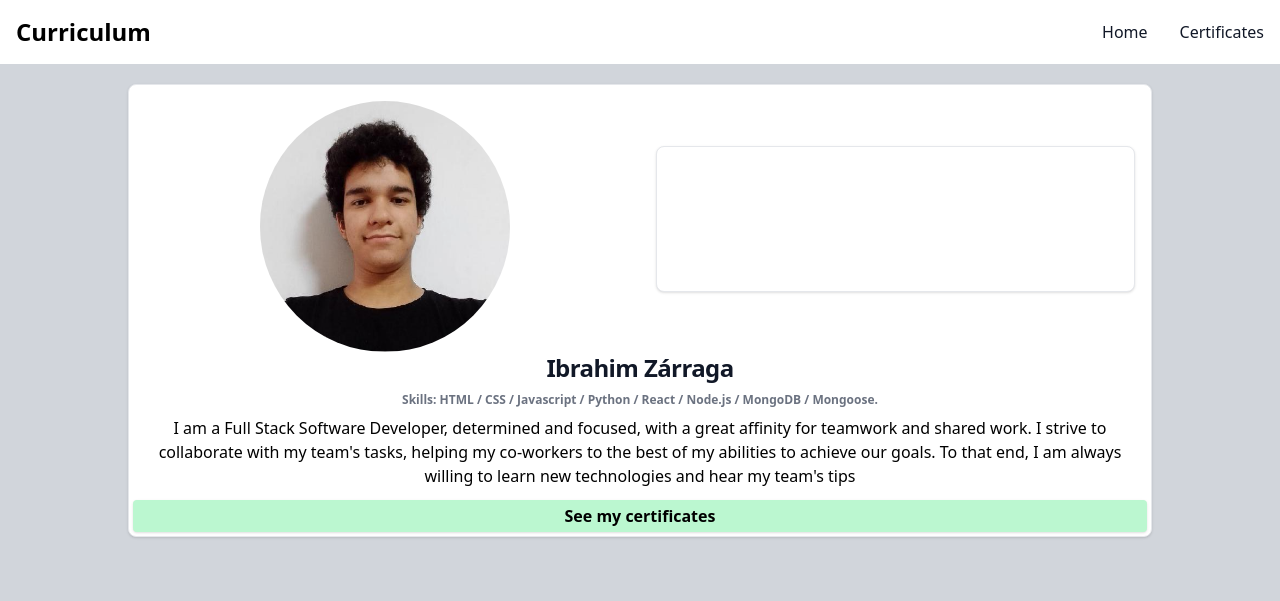
Repository: JetPi/Presentatio-Project
Page: /
The author's editor kept a copy of each file at every save. The page is drawn from the files as they stood at one save, then again after the next save.
The browser window is 1280 px wide. The pictures show the whole page.
The project was rebuilt for these pictures with package versions that can differ from the ones it lists, and the page was loaded fresh each time. The framework's server and built-in components were replaced by stand-ins that run in the browser. Also part of the build but not shown: next.config.js.

Above is the page before, as saved 2023-04-04 15:08:50.

### src/pages/_app.tsx
import "@/styles/globals.css";
import type { AppProps } from "next/app";
import { NavBar } from "@/components/NavBar";

const navList = [
  { text: "Home", href: "/" },
  { text: "Certificates", href: "/about/certificates" },
];

export default function App({ Component, pageProps }: AppProps) {
  return (
    <div className="min-h-screen pb-2 bg-gray-300 h-cover">
      <NavBar navList={navList} />
      <Component {...pageProps} />
    </div>
  );
}

### src/pages/index.tsx
import Head from "next/head";
import Image from "next/image";
import { Inter } from "next/font/google";
import styles from "@/styles/Home.module.css";
import { Card } from "@/components/Card";
import { CardTitle } from "@/components/Card";
import { Url } from "url";
import { LinkButton } from "@/components/Button";
import Link from "next/link";
import { useRouter } from "next/router";

const inter = Inter({ subsets: ["latin"] });

let mySkills = [
  "HTML",
  "CSS",
  "Javascript",
  "Python",
  "React",
  "Node.js",
  "MongoDB",
  "Mongoose",
];

let myDescriptionES =
  "Soy un Desarrollador Full Stack con dominio del inglés y el español, dedicado y comprometido a su trabajo y siempre dispuesto cooperar. Apunto a colaborar con mis compañeros con tal de lograr los objetivos del grupo de la forma más eficaz. Siempre estoy dispuesto a aprender nuevas tecnologías para alcanzar un mejor producto.";
let myDescriptionEN =
  "I am a Full Stack Software Developer, determined and focused, with a great affinity for teamwork and shared work. I strive to collaborate with my team's tasks, helping my co-workers to the best of my abilities to achieve our goals. To that end, I am always willing to learn new technologies and hear my team's tips";
for (let i = 0; i < mySkills.length; i++) {
  const element = mySkills[i];
  if (i === mySkills.length - 1) {
    mySkills[i] = element + ".";
  } else {
    mySkills[i] = element + " / ";
  }
}

export default function Home() {
  const { locale, locales, asPath } = useRouter();

  {
    console.log(asPath);
  }
  return (
    <>
      <Link href={asPath} locale={"es-ES"}></Link>
      <div className="flex justify-center pt-5 ">
        <Card styling="flex flex-col w-4/5">
          <div className="grid grid-cols-2">
            <Image
              className="flex mx-auto mt-4 rounded-full "
              src={"/Foto de Presentación.png"}
              width={250}
              height={250}
              alt={"Profile Photo"}
            />
            <div className="my-auto">
              <Card styling="bg-green-600 mx-cover h-fit text-white p-6 m-4 flex flex-col">
                <div className="flex flex-row flex-wrap">
                  <b>Email:</b>{" "}
                  <span className="ml-auto">
                    ialejandromonasterios@gmail.com
                  </span>
                </div>
                <div className="flex flex-row">
                  <b>{locale === "es-ES" ? "Teléfono" : "Phone"}</b>{" "}
                  <span className="ml-auto">0424-1434083</span>
                </div>
                <div className="flex flex-row">
                  <b>LinkedIn:</b>{" "}
                  <Link
                    href="https://www.linkedin.com/in/ibrahim-z%C3%A1rraga-56ba29240/?locale=es_ES"
                    className="ml-auto"
                  >
                    <svg
                      xmlns="http://www.w3.org/2000/svg"
                      className="w-5 h-5"
                      fill="currentColor"
                      viewBox="0 0 24 24"
                    >
                      <path d="M4.98 3.5c0 1.381-1.11 2.5-2.48 2.5s-2.48-1.119-2.48-2.5c0-1.38 1.11-2.5 2.48-2.5s2.48 1.12 2.48 2.5zm.02 4.5h-5v16h5v-16zm7.982 0h-4.968v16h4.969v-8.399c0-4.67 6.029-5.052 6.029 0v8.399h4.988v-10.131c0-7.88-8.922-7.593-11.018-3.714v-2.155z" />
                    </svg>
                  </Link>
                </div>
                <div className="flex flex-row">
                  <b>GitHub:</b>{" "}
                  <Link href="https://github.com/JetPi" className="ml-auto">
                    <svg
                      xmlns="http://www.w3.org/2000/svg"
                      className="w-5 h-5"
                      fill="currentColor"
                      viewBox="0 0 24 24"
                    >
                      <path d="M12 0c-6.626 0-12 5.373-12 12 0 5.302 3.438 9.8 8.207 11.387.599.111.793-.261.793-.577v-2.234c-3.338.726-4.033-1.416-4.033-1.416-.546-1.387-1.333-1.756-1.333-1.756-1.089-.745.083-.729.083-.729 1.205.084 1.839 1.237 1.839 1.237 1.07 1.834 2.807 1.304 3.492.997.107-.775.418-1.305.762-1.604-2.665-.305-5.467-1.334-5.467-5.931 0-1.311.469-2.381 1.236-3.221-.124-.303-.535-1.524.117-3.176 0 0 1.008-.322 3.301 1.23.957-.266 1.983-.399 3.003-.404 1.02.005 2.047.138 3.006.404 2.291-1.552 3.297-1.23 3.297-1.23.653 1.653.242 2.874.118 3.176.77.84 1.235 1.911 1.235 3.221 0 4.609-2.807 5.624-5.479 5.921.43.372.823 1.102.823 2.222v3.293c0 .319.192.694.801.576 4.765-1.589 8.199-6.086 8.199-11.386 0-6.627-5.373-12-12-12z" />
                    </svg>
                  </Link>
                </div>
              </Card>
            </div>
          </div>
          <CardTitle>Ibrahim Zárraga</CardTitle>
          <div className="mx-auto text-xs font-semibold text-gray-500">
            {locale === "es-ES" ? "Competencias" : "Skills"}: {mySkills}
          </div>
          <div className="m-2 text-base text-center">
            {locale === "es-ES" ? myDescriptionES : myDescriptionEN}
          </div>
          <LinkButton href="/about/certificates">
            {locale === "es-ES"
              ? "Ver mis certificados"
              : "See my certificates"}
          </LinkButton>
        </Card>
      </div>
    </>
  );
}

### src/styles/globals.css
@tailwind base;
@tailwind components;
@tailwind utilities;

:root {
  --max-width: 1100px;
  --border-radius: 12px;
  --font-mono: ui-monospace, Menlo, Monaco, "Cascadia Mono", "Segoe UI Mono",
    "Roboto Mono", "Oxygen Mono", "Ubuntu Monospace", "Source Code Pro",
    "Fira Mono", "Droid Sans Mono", "Courier New", monospace;

  --foreground-rgb: 0, 0, 0;
  --background-start-rgb: 214, 219, 220;
  --background-end-rgb: 255, 255, 255;

  --primary-glow: conic-gradient(
    from 180deg at 50% 50%,
    #16abff33 0deg,
    #0885ff33 55deg,
    #54d6ff33 120deg,
    #0071ff33 160deg,
    transparent 360deg
  );
  --secondary-glow: radial-gradient(
    rgba(255, 255, 255, 1),
    rgba(255, 255, 255, 0)
  );

  --tile-start-rgb: 239, 245, 249;
  --tile-end-rgb: 228, 232, 233;
  --tile-border: conic-gradient(
    #00000080,
    #00000040,
    #00000030,
    #00000020,
    #00000010,
    #00000010,
    #00000080
  );

  --callout-rgb: 238, 240, 241;
  --callout-border-rgb: 172, 175, 176;
  --card-rgb: 180, 185, 188;
  --card-border-rgb: 131, 134, 135;
}

@media (prefers-color-scheme: dark) {
  :root {
    --foreground-rgb: 255, 255, 255;
    --background-start-rgb: 0, 0, 0;
    --background-end-rgb: 0, 0, 0;

    --primary-glow: radial-gradient(rgba(1, 65, 255, 0.4), rgba(1, 65, 255, 0));
    --secondary-glow: linear-gradient(
      to bottom right,
      rgba(1, 65, 255, 0),
      rgba(1, 65, 255, 0),
      rgba(1, 65, 255, 0.3)
    );

    --tile-start-rgb: 2, 13, 46;
    --tile-end-rgb: 2, 5, 19;
    --tile-border: conic-gradient(
      #ffffff80,
      #ffffff40,
      #ffffff30,
      #ffffff20,
      #ffffff10,
      #ffffff10,
      #ffffff80
    );

    --callout-rgb: 20, 20, 20;
    --callout-border-rgb: 108, 108, 108;
    --card-rgb: 100, 100, 100;
    --card-border-rgb: 200, 200, 200;
  }
}

* {
  box-sizing: border-box;
  padding: 0;
  margin: 0;
}

html,
body {
  max-width: 100vw;
  overflow-x: hidden;
}

body {
  color: rgb(var(--foreground-rgb));
}

a {
  color: inherit;
  text-decoration: none;
}

@media (prefers-color-scheme: dark) {
  html {
    color-scheme: dark;
  }
}

### src/components/NavBar.tsx
import Image from "next/image";
import Link from "next/link";
import { useRouter } from "next/router";
import { ReactNode } from "react";
type NavData = {
  href: string;
  text: string;
};

interface Props {
  children?: ReactNode | string;
  href?: string;
  navList?: Array<NavData>;
}

function NavItem({ children, href }: Props) {
  return (
    <li>
      <Link
        href={{ pathname: href }}
        className="block py-2 pl-3 pr-4 text-gray-900 rounded hover:bg-gray-100 md:hover:bg-transparent md:border-0 md:hover:text-blue-700 md:p-0 dark:text-white md:dark:hover:text-blue-500 dark:hover:bg-gray-700 dark:hover:text-white md:dark:hover:bg-transparent"
      >
        {children}
      </Link>
    </li>
  );
}

export function NavBar({ navList }: Props) {
  return (
    <nav className="bg-white border-gray-200 dark:bg-gray-900">
      <div className="flex flex-wrap items-center justify-between max-w-screen-xl p-4 mx-auto">
        <span className="self-center text-2xl font-semibold whitespace-nowrap dark:text-white">
          Curriculum
        </span>

        <div className="block w-auto" id="navbar-default">
          <ul className="flex flex-col p-4 mt-4 font-medium border border-gray-100 rounded-lg md:p-0 bg-gray-50 md:flex-row md:space-x-8 md:mt-0 md:border-0 md:bg-white dark:bg-gray-800 md:dark:bg-gray-900 dark:border-gray-700">
            {navList?.map((item) => {
              return (
                <NavItem href={item.href} key={Math.random()}>
                  {item.text}
                </NavItem>
              );
            })}
          </ul>
        </div>
      </div>
    </nav>
  );
}

### src/components/Card.tsx
import { redirect } from "next/dist/server/api-utils";
import Link from "next/link";
import { useRouter } from "next/router";
import { Url } from "url";
import React, { MouseEventHandler, ReactNode, useState } from "react";
interface Props {
  children?: ReactNode;
  styling?: string;
  href?: string;
}

interface ButtonProps {
  children?: ReactNode;
  styling?: string;
  href: Url;
}

export function Card({ styling, children }: Props) {
  return (
    <div
      className={`${
        styling ? styling : "flex justify-stretch p-6"
      }  bg-white border border-gray-200 rounded-lg shadow dark:bg-gray-800 dark:border-gray-700 dark:hover:bg-gray-700`}
    >
      {children}
      <p className="font-normal text-gray-700 dark:text-gray-400"></p>
    </div>
  );
}

export function CardButton({ href, styling, children }: ButtonProps) {
  return (
    <Link
      className={`${
        styling ? styling : "w-32  "
      } p-2 text-center bg-white border border-gray-200 rounded-lg shadow hover:bg-gray-100 dark:bg-gray-800 dark:border-gray-700 dark:hover:bg-gray-700`}
      href={href.href}
    >
      {children}
    </Link>
  );
}

export function CardTitle({ children }: Props) {
  return (
    <h5 className="mb-2 text-2xl font-bold tracking-tight text-center text-gray-900 dark:text-white">
      {children}
    </h5>
  );
}

### src/components/Button.tsx
import { Url } from "url";
import Link from "next/link";
import React from "react";

interface ButtonProps {
  styling?: string;
  onClick?: React.MouseEventHandler;
  children?: React.ReactNode;
}

interface LinkProps {
  styling?: string;
  href: string;
  children?: React.ReactNode;
}

export function Button({ onClick, styling, children }: ButtonProps) {
  return (
    <button
      className={`${styling} px-2 py-1 m-1 font-semibold bg-green-200 rounded`}
      onClick={onClick}
    >
      {children}
    </button>
  );
}

export function LinkButton({ href, styling, children }: LinkProps) {
  return (
    <Link
      href={href}
      className={`${styling} flex justify-center px-2 py-1 m-1 font-semibold bg-green-200 rounded shadow hover:bg-green-300 dark:bg-gray-800 dark:border-gray-700 dark:hover:bg-gray-700`}
    >
      {children}
    </Link>
  );
}

Loaded but not shown: src/pages/_document.tsx (common file); tailwind.config.js (common file)

After the next save:
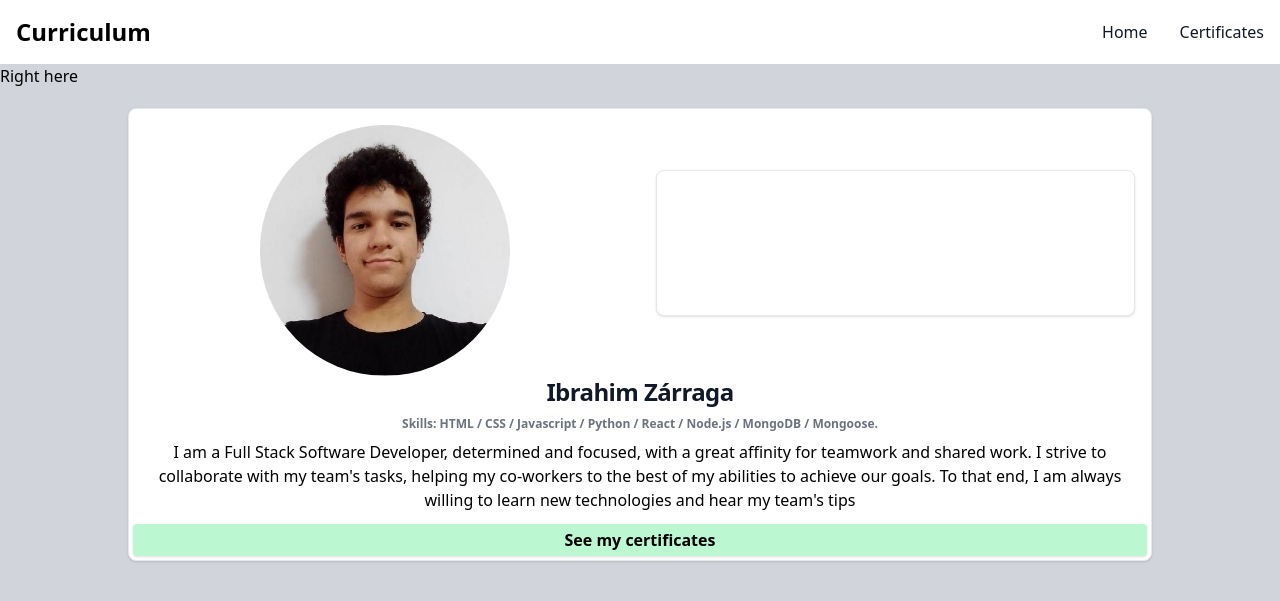
Saved 15 s later.
--- a/src/pages/index.tsx
+++ b/src/pages/index.tsx
@@ -43,7 +43,10 @@ export default function Home() {
   }
   return (
     <>
-      <Link href={asPath} locale={"es-ES"}></Link>
+      <Link href={asPath} locale={"es-ES"}>
+        {" "}
+        Right here
+      </Link>
       <div className="flex justify-center pt-5 ">
         <Card styling="flex flex-col w-4/5">
           <div className="grid grid-cols-2">
